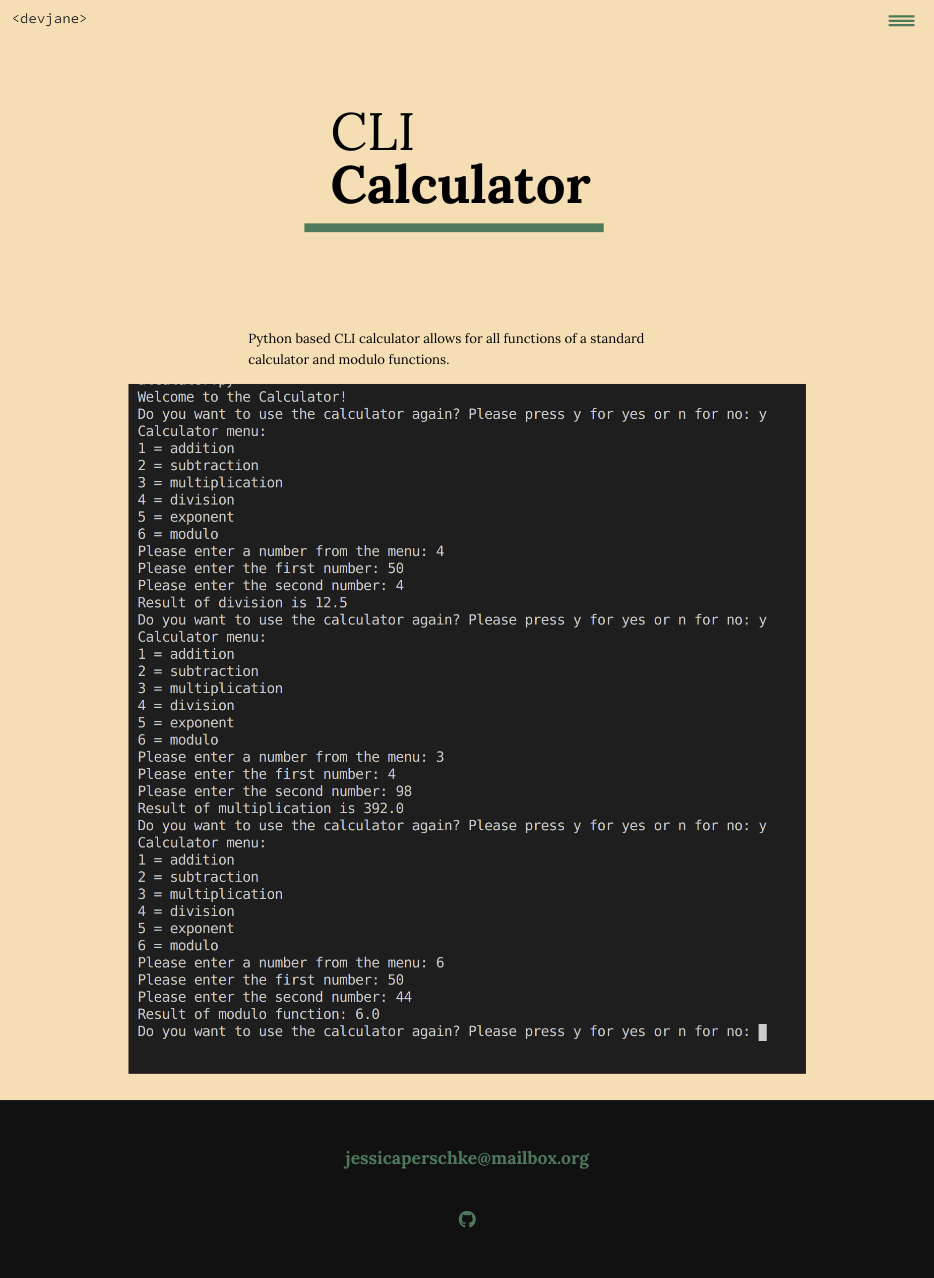
Repository: DinoDime/site
Page: portfolio-item3.html
The author's editor kept a copy of each file at every save. The page is drawn from the files as they stood at one save, then again after the next save.
The browser window is 1280 px wide. The pictures show the whole page, at 73% of full size.
Some web libraries are served in a nearby version.

Above is the page before, as saved 2021-05-03 11:08:12.

After the next save:
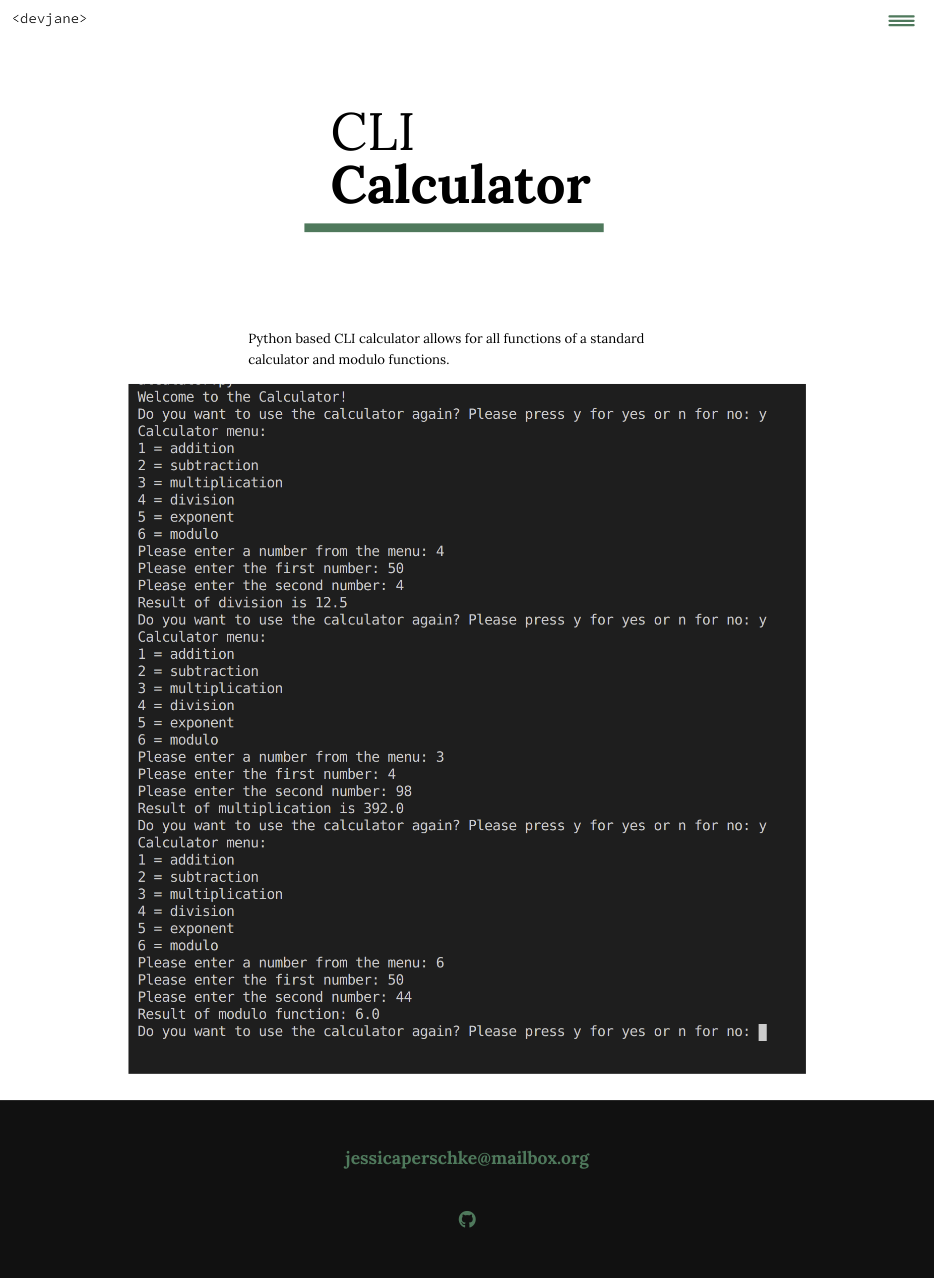
Saved 68 s later.
--- a/css/style.css
+++ b/css/style.css
@@ -13,7 +13,7 @@
   --fw-reg: 400;
   --fw-bold: 700;
 
-  --clr-light: wheat;
+  --clr-light: white;
   --clr-dark: black;
   --clr-accent: rgb(79, 121, 92);
 
